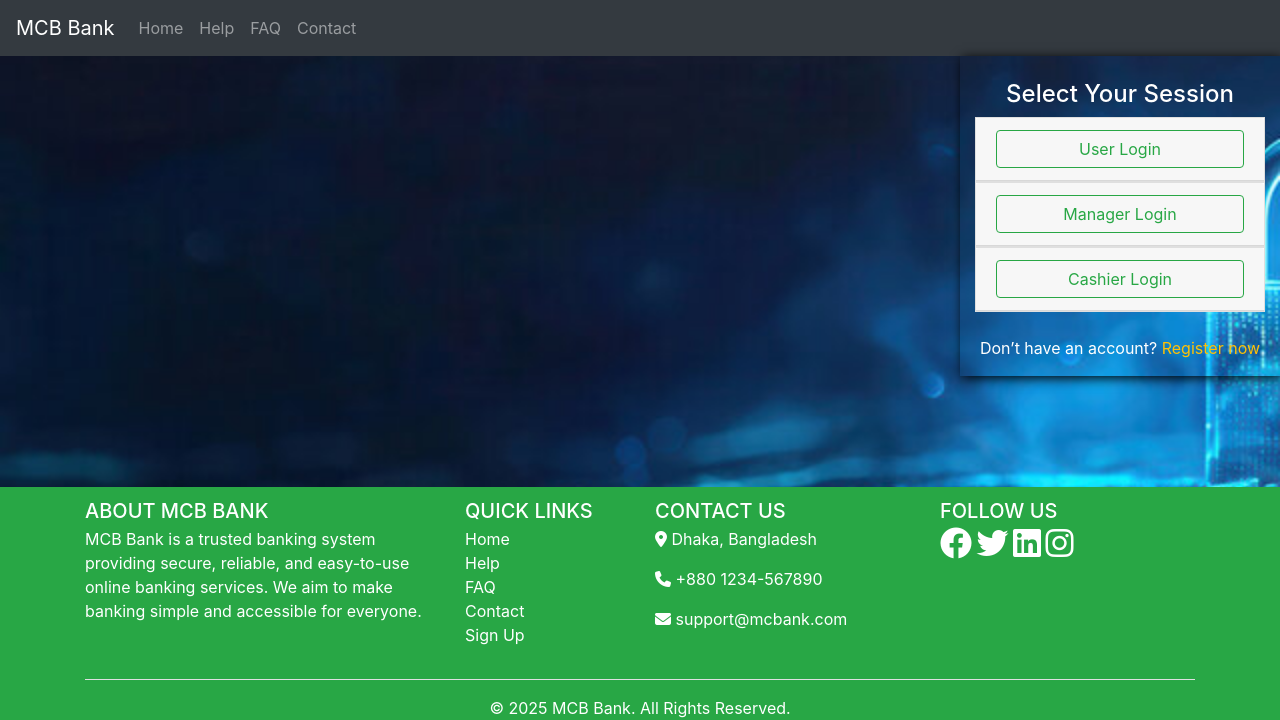
Repository: mhbshimla/my-bank
Page: http://localhost/login.php
The author's editor kept a copy of each file at every save. The page is drawn from the files as they stood at one save, then again after the next save.
The browser window is 1280 px wide. The pictures show the whole page.
The page is run by PHP 8.4 with error messages shown; the project is at /var/www/html/.

Above is the page before, as saved 2025-10-06 23:29:26.

After the next save:
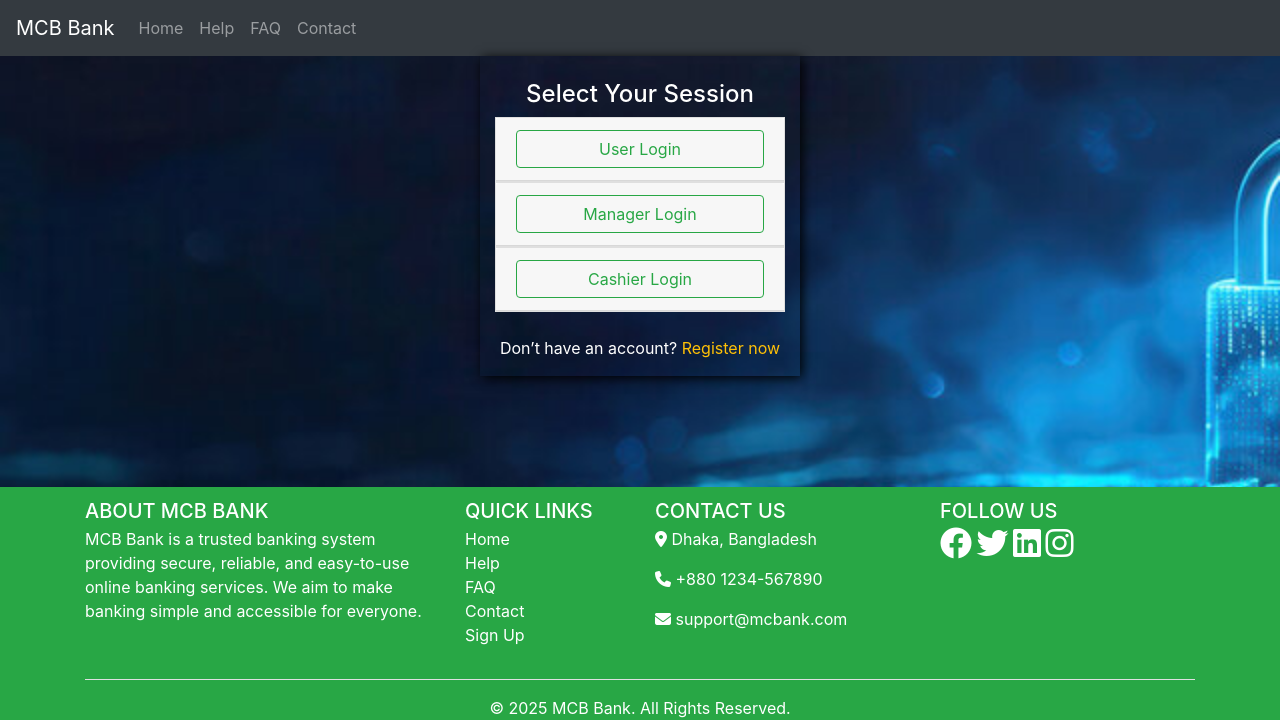
Saved 27 s later.
--- a/login.php
+++ b/login.php
@@ -94,7 +94,7 @@
 <?php echo $error ?>
 
 <!-- <main class="flex-fill d-flex justify-content-end align-items-center"> -->
-  <main class="flex-fill d-flex justify-content-end align-items-center">
+  <main class="flex-fill d-flex justify-content-center align-items-center">
   <!-- <div id="accordion" role="tablist" class="w-25 shadowBlack me-5"> -->
 	<!-- <div id="accordion" role="tablist" class="w-25 float-right shadowBlack" style="margin-right: 222px"> -->
 	<div id="accordion" role="tablist" class="col-12 col-sm-8 col-md-6 col-lg-4 col-xl-3 shadowBlack me-lg-5">
